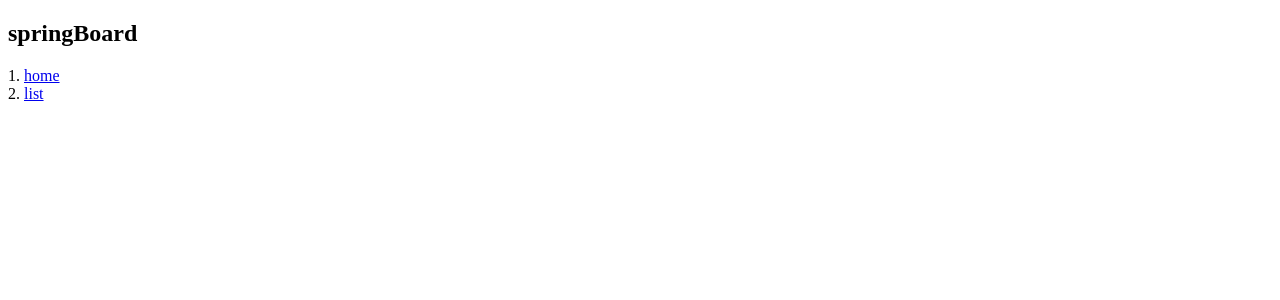
Repository: zboizz/springPractice
Page: http://localhost/SpringBoard/main.jsp
An editor plug-in stored every save of this project. The page is shown before and after the next save, followed by the edit.
The browser window is 1280 px wide. The pictures show the whole page.
The page is served by Tomcat 9.

Above is the page before, as saved 2020-01-10 04:37:18.

After the next save:
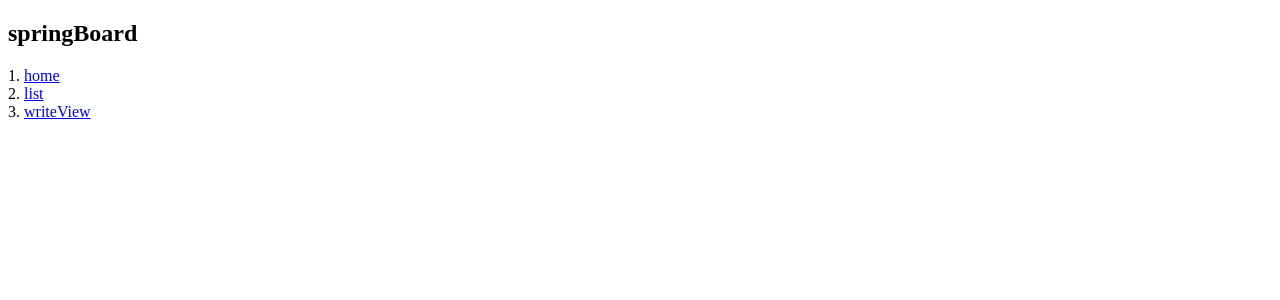
Saved 103 s later.
--- a/SpringBoard/src/main/webapp/main.jsp
+++ b/SpringBoard/src/main/webapp/main.jsp
@@ -9,5 +9,6 @@
 <h2>springBoard</h2>
 1. <a href="home">home</a><br/>
 2. <a href="list">list</a><br/>
+3. <a href="writeView">writeView</a><br/>
 </body>
 </html>
